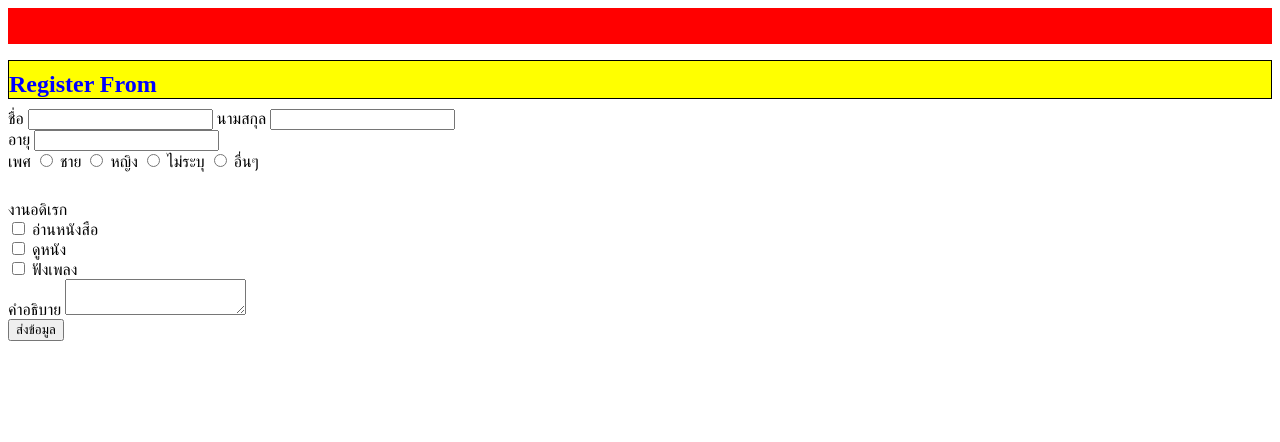
Repository: Onpreeya1/241-2567-820-
Page: index.html
An editor plug-in stored every save of this project. The page is shown before and after a run of saves, followed by the edit.
The browser window is 1280 px wide. The pictures show the whole page.

Above is the page before, as saved 2024-12-21 15:29:47.

### index.html
<!DOCTYPE html>
<html lang="en">

<head>
    <meta charset="UTF-8">
    <meta name="viewport" content="width=device-width, initial-scale=1.0">
    <title>Document</title>
    <style>
        /*  มีไว้ให้เดฟอ่าน 1 แต่งใคร  id ,class ,dom 2แต่งอะไร*/
        body {
            font-family: "kanit";
            src: url('Kanit (1)/Kanit-Regular.ttf');
        }

        #register {
            font-size: 24px;
            color: blue;
            font-weight: 800;
            padding-top: 10px;
            margin-bottom: 10px;
            background-color: yellow;
            border: 1px solid black;
        }

        .feom {
            display: block;
        }

        .gender {
            display: inline-block;
            height: 50px;
            flex-direction: row-reverse;
        }
     .box{
        height: 5vh;
        background-color: red;
     }
    </style>
</head>

<body>
    <div class="box"></div>



    <!-- from -->
    <h1 id="register"> Register From</h1>
    <span class="header-from"> ชื่อ </span>
    <input type="text">
    นามสกุล
    <input type="text"> <br>
    อายุ
    <input type="number" min=" 0" max="100">
    <div>
        เพศ
        <div class="gender">
            <input name="grnder" type="radio"> ชาย
        </div>
        <div class="gender">
            <input name="grnder" type="radio"> หญิง
        </div>
        <div class="gender">
            <input name="grnder" type="radio"> ไม่ระบุ
        </div>
        <div class="gender">
            <input name="grnder" type="radio"> อื่นๆ
        </div>
        <div>
            งานอดิเรก
            <div>
                <input name="hobby" type="checkbox"> อ่านหนังสือ
            </div>
            <div>
                <input name="hobby" type="checkbox"> ดูหนัง
            </div>
            <div>
                <input name="hobby" type="checkbox"> ฟังเพลง
            </div>
        </div>
        <div>
            คำอธิบาย
            <textarea></textarea>
        </div>
        <button>ส่งข้อมูล</button>
</body>

</html>

After the next 5 saves:
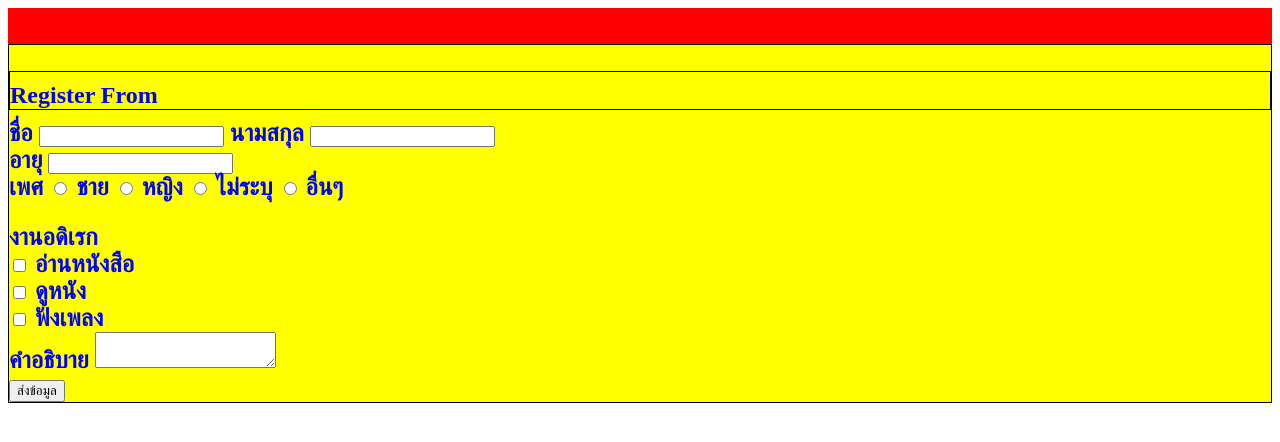
The 5 saves are shown as one change because they came seconds apart.
The last was saved 18 s later.
--- a/index.html
+++ b/index.html
@@ -40,7 +40,7 @@
 
 <body>
     <div class="box"></div>
-
+    <div id="register"
 
 
     <!-- from -->
